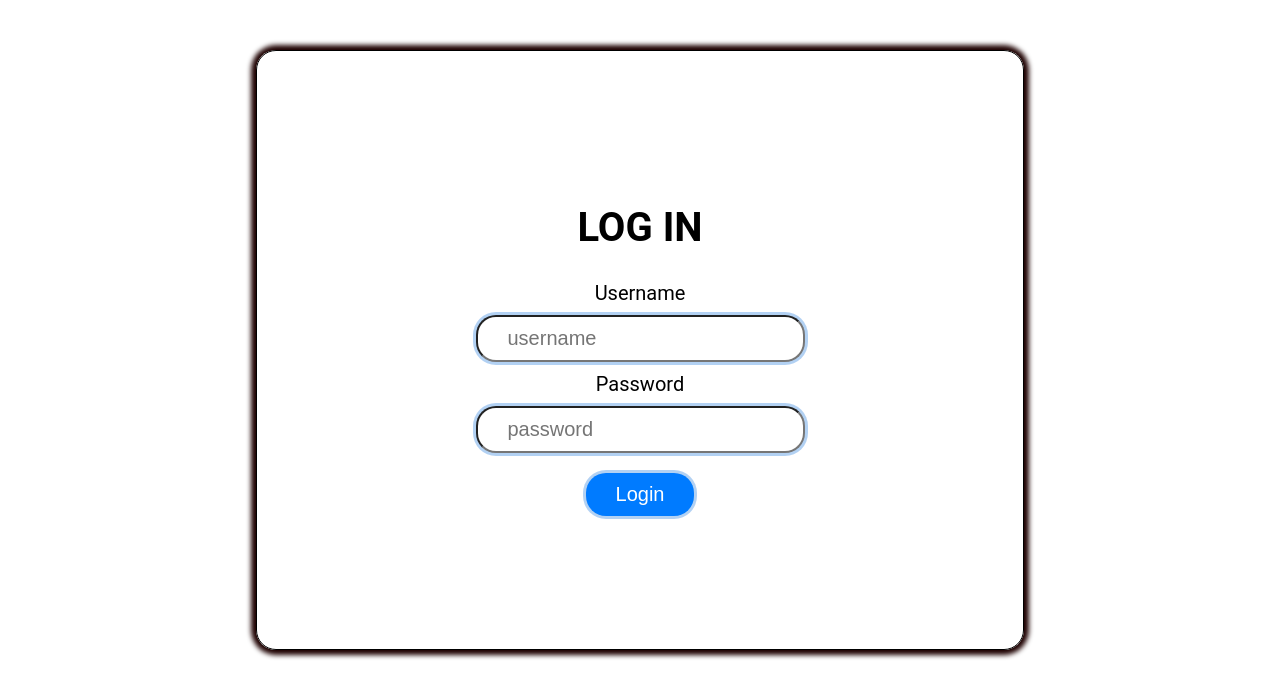
Repository: huyna1707/learning-git
Page: index.html
The author's editor kept a copy of each file at every save. The page is drawn from the files as they stood at one save, then again after a run of saves.
The browser window is 1280 px wide. The pictures show the whole page.
The pointer rests on the first visible `form button`.

Above is the page before, as saved 2024-08-09 23:27:27.

After the next 2 saves:
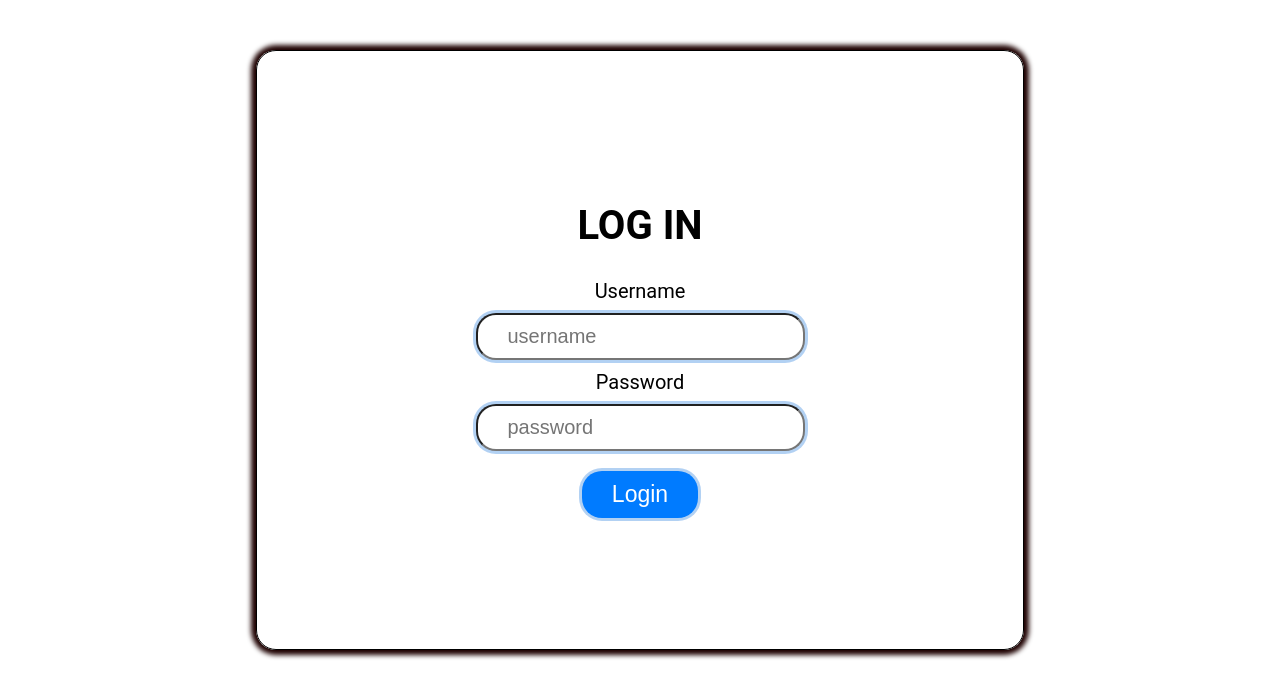
The 2 saves are shown as one change because they came seconds apart.
The last was saved 7 s later.
--- a/style.css
+++ b/style.css
@@ -53,5 +53,5 @@
 }
 
 form button:hover{
-    font-size:
+    font-size:23px;
 }

After the save that followed:
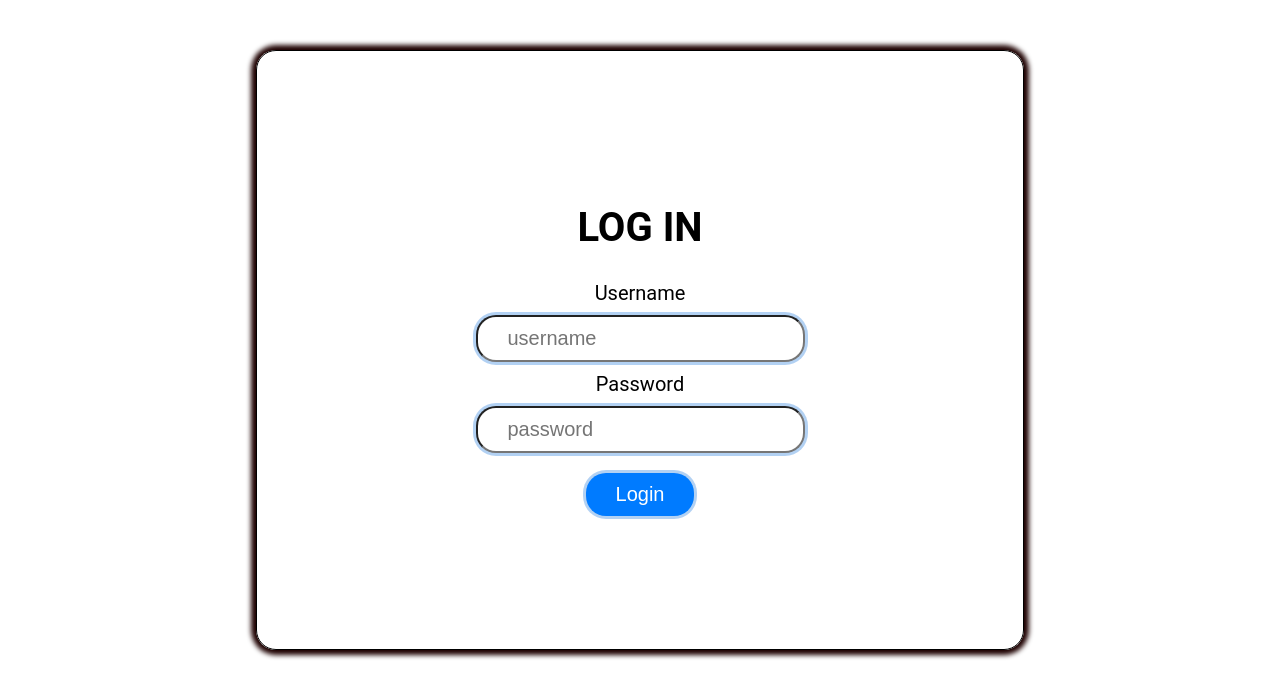
Saved 7 s later.
--- a/style.css
+++ b/style.css
@@ -53,5 +53,5 @@
 }
 
 form button:hover{
-    font-size:23px;
+    padding :
 }
